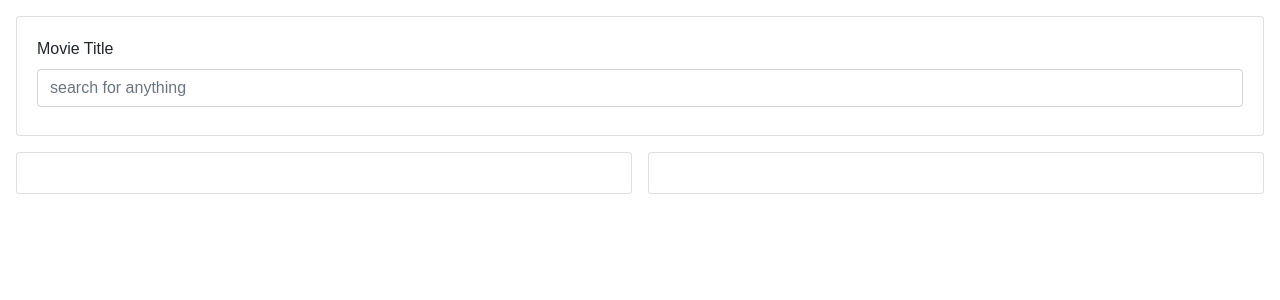
Repository: akinsikuoluwafemi/shoppies-movie-collection
Page: /
The author's editor kept a copy of each file at every save. The page is drawn from the files as they stood at one save, then again after the next save.
The browser window is 1280 px wide. The pictures show the whole page.
The project was rebuilt for these pictures with package versions that can differ from the ones it lists, and the page was loaded fresh each time. Also part of the build but not shown: src/App.css, src/components/SearchItem.js.

Above is the page before, as saved 2021-01-10 22:19:22.

After the next save:
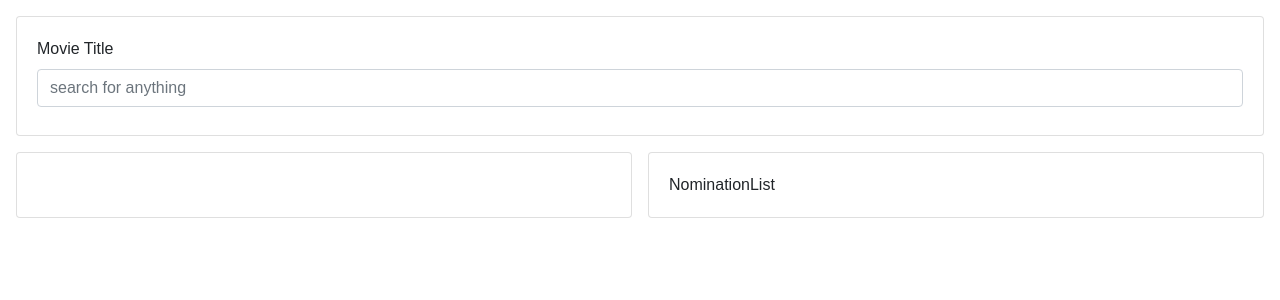
Saved 9 s later.
--- a/src/components/Nominations.js
+++ b/src/components/Nominations.js
@@ -11,7 +11,7 @@ export default function Nominations() {
 
 
             </ul> */}
-
+            <NominationList/>
     </CardWrapper>
 
     )
